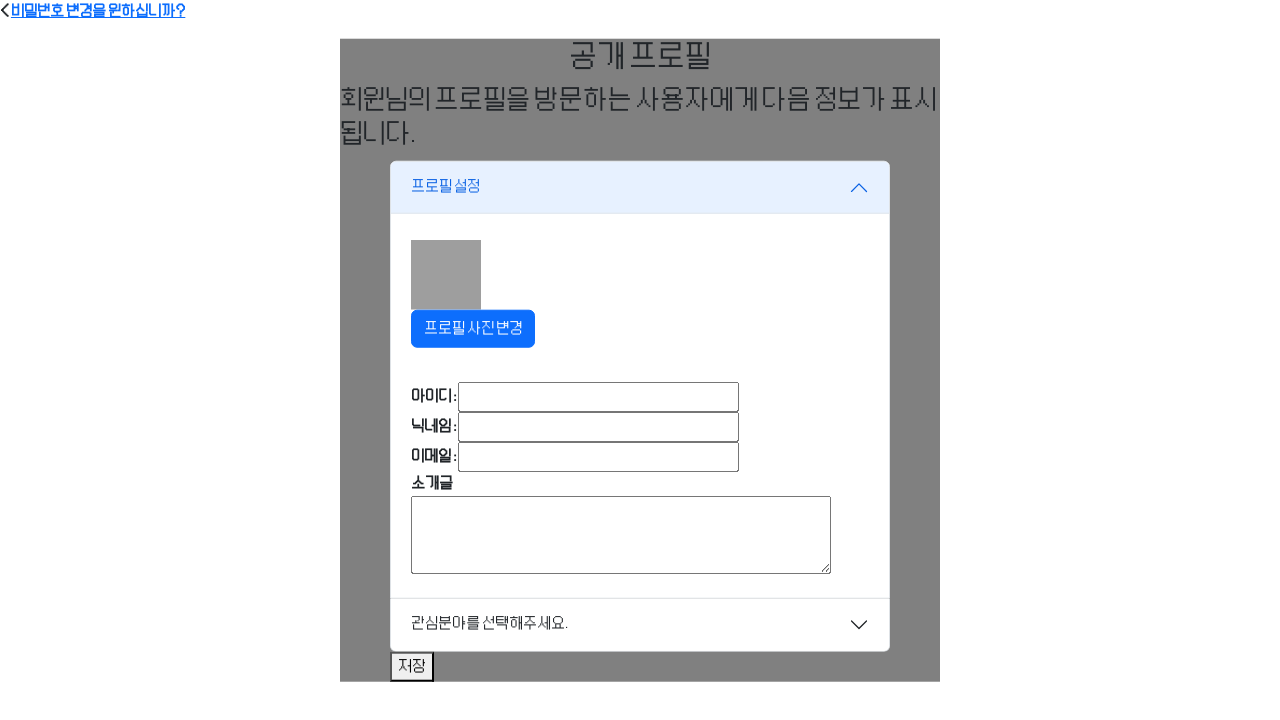
Repository: novemberjj/projects
Page: http://localhost/markup/WEB-INF/views/user/modify.jsp
The author's editor kept a copy of each file at every save. The page is drawn from the files as they stood at one save, then again after the next save.
The browser window is 1280 px wide. The pictures show the whole page.
Pictures or frames that could not be fetched are drawn as grey boxes. Some web fonts or font styles are not loaded; a fallback is used. The page is served by Tomcat 9. Nobody is signed in. The template is opened directly, without the code that normally fills it, so the values that code supplies are empty.

Above is the page before, as saved 2023-07-19 05:52:43.

After the next save:
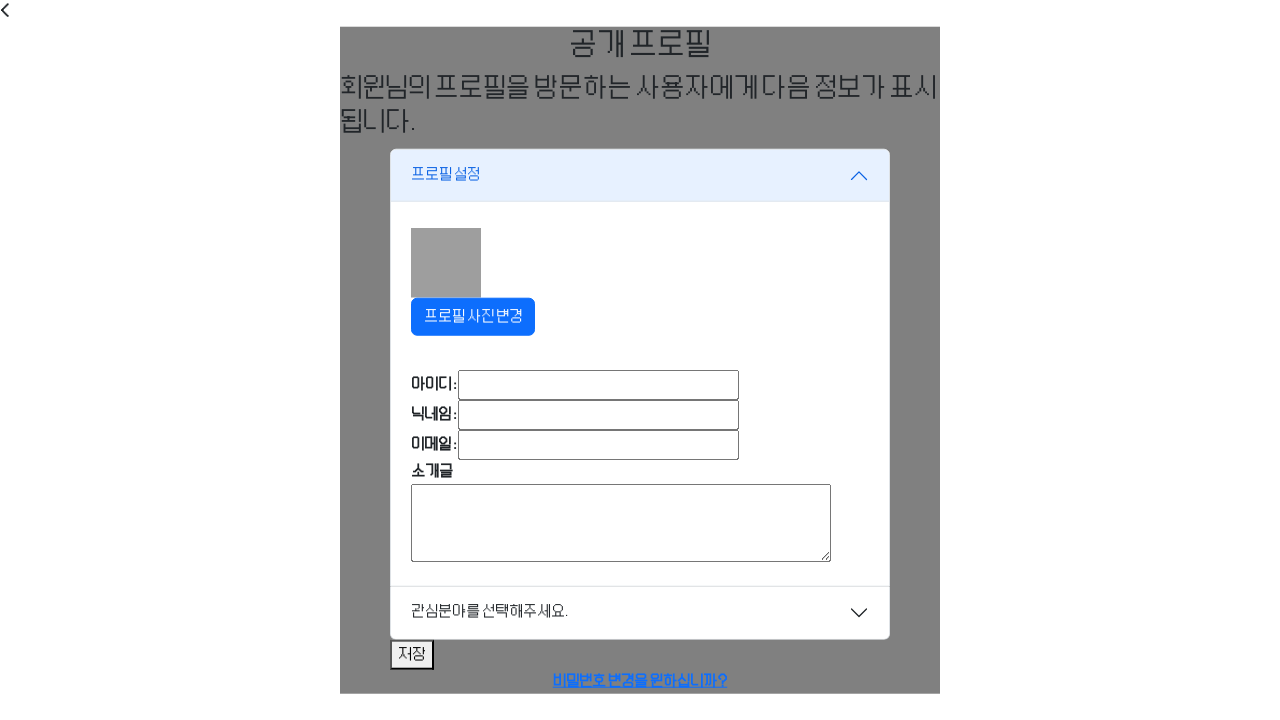
Saved 35 s later.
--- a/project2/_spring_team8/_spring_team8/markup/src/main/webapp/WEB-INF/views/user/modify.jsp
+++ b/project2/_spring_team8/_spring_team8/markup/src/main/webapp/WEB-INF/views/user/modify.jsp
@@ -94,7 +94,9 @@
 
 <button type="submit">저장</button>
 </form>
+<a href="#" data-bs-toggle="modal" data-bs-target="#exampleModal" data-bs-whatever="@mdo">비밀번호 변경을 원하십니까?</a>
 </div>
+
 
 <<div class="modal fade hidePrevented.bs.modal" id="exampleModal" data-bs-backdrop="static" tabindex="-1" aria-labelledby="exampleModalLabel" aria-hidden="true">
     <div class="modal-dialog">
@@ -119,7 +121,7 @@
 </div>
 
 
-<a href="#" data-bs-toggle="modal" data-bs-target="#exampleModal" data-bs-whatever="@mdo">비밀번호 변경을 원하십니까?</a>
+
 
 <script type="text/javascript" src="/resources/js/user/userModify.js"></script>
 
